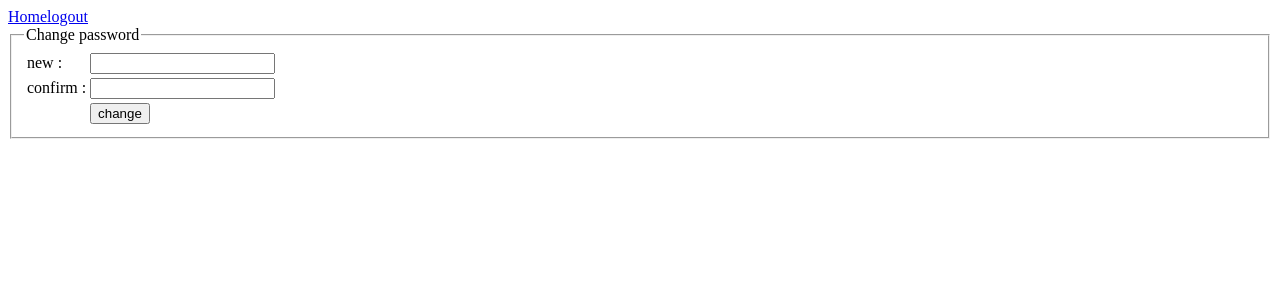
Repository: ashwinibd6697/ust-19sep-ashwinibd
Page: ust-java/empwebapp/WebContent/changepassword.html
An editor plug-in stored every save of this project. The page is shown before and after the next save, followed by the edit.
The browser window is 1280 px wide. The pictures show the whole page.

Above is the page before, as saved 2019-11-15 09:46:54.

### ust-java/empwebapp/WebContent/changepassword.html
<!DOCTYPE html>
<html>
<head>
<meta charset="ISO-8859-1">
<title>Change password</title>
</head>
<body>
<a href="#">Home</a><a href="#">logout</a>
<fieldset>
<legend>Change password</legend>
<form action="">
   <table>
  <tr>
  <td>new     : </td>
  <td><input name ="new" type="password"> </td>
  </tr>
  <tr>
  <td>confirm : </td>
      <td><input type ="password" name ="password"></td>
      </tr>
    <tr>
    <td></td>
  <td><input type ="submit" value ="change">
</tr>

     </table>
    </form>
    </fieldset>
</body>
</html>

After the next save:
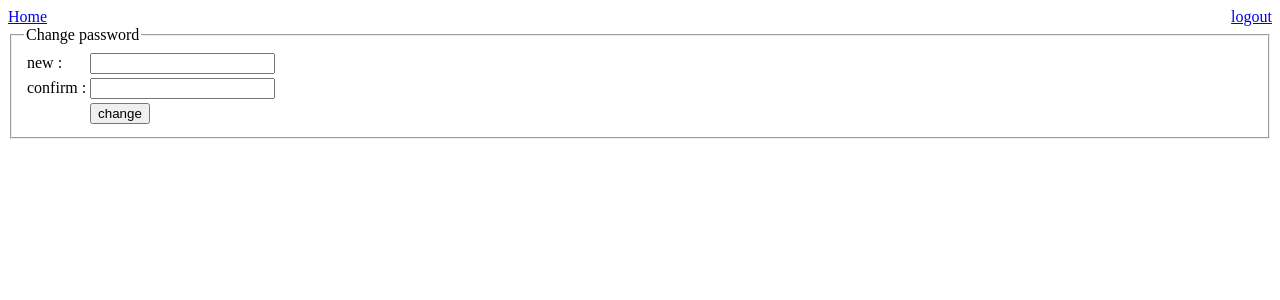
Saved 6 s later.
--- a/ust-java/empwebapp/WebContent/changepassword.html
+++ b/ust-java/empwebapp/WebContent/changepassword.html
@@ -5,7 +5,7 @@
 <title>Change password</title>
 </head>
 <body>
-<a href="#">Home</a><a href="#">logout</a>
+<a href="#">Home</a><a style="float :right" href="#">logout</a>
 <fieldset>
 <legend>Change password</legend>
 <form action="">
